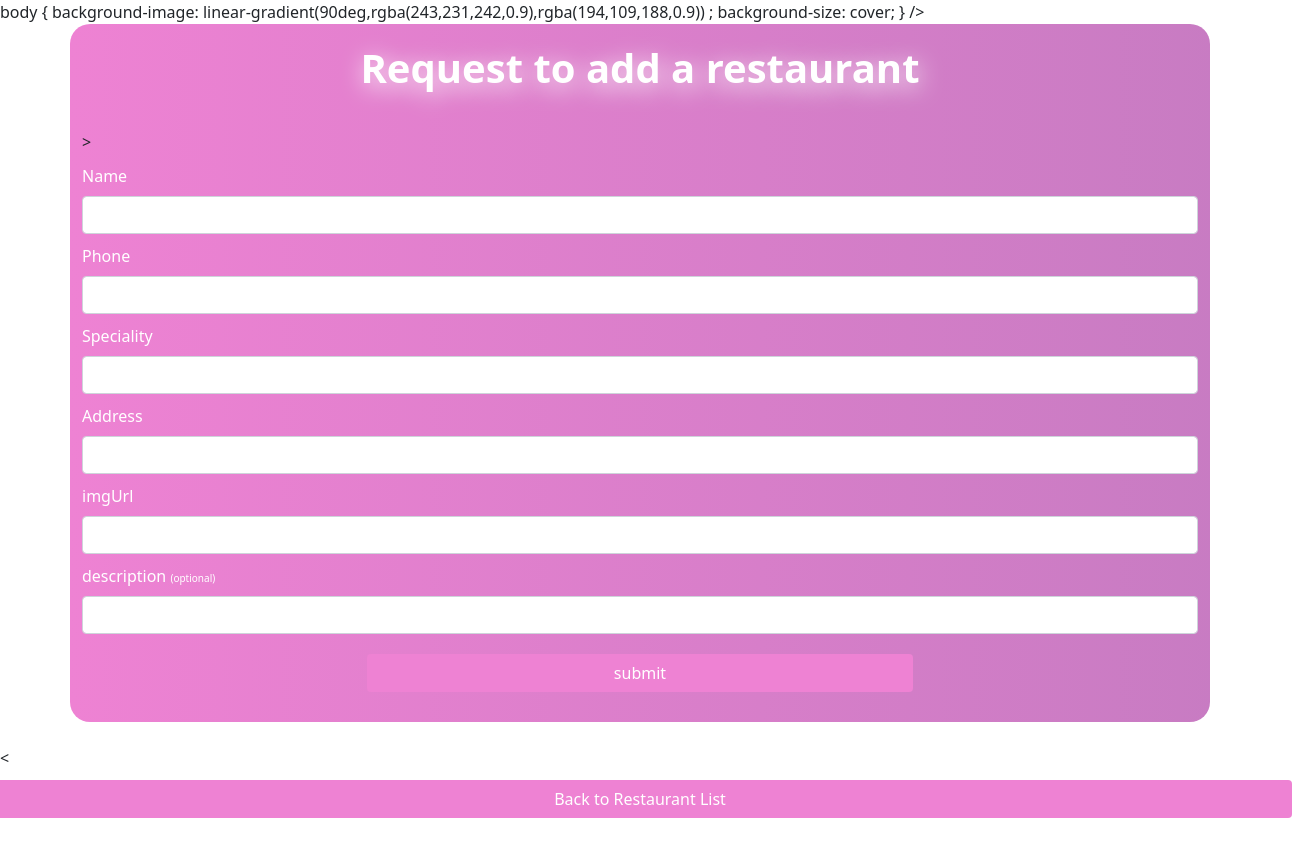
Repository: eyaajili/j2ee
Page: http://localhost/projet_j2ee/addRestaurant.jsp
The author's editor kept a copy of each file at every save. The page is drawn from the files as they stood at one save, then again after the next save.
The browser window is 1280 px wide. The page is 1292 px wide, so the pictures cover 1292 px, including what lies to the right of the window. The pictures show the whole page.
The page is served by Tomcat 9.

Above is the page before, as saved 2023-04-29 21:26:56.

After the next save:
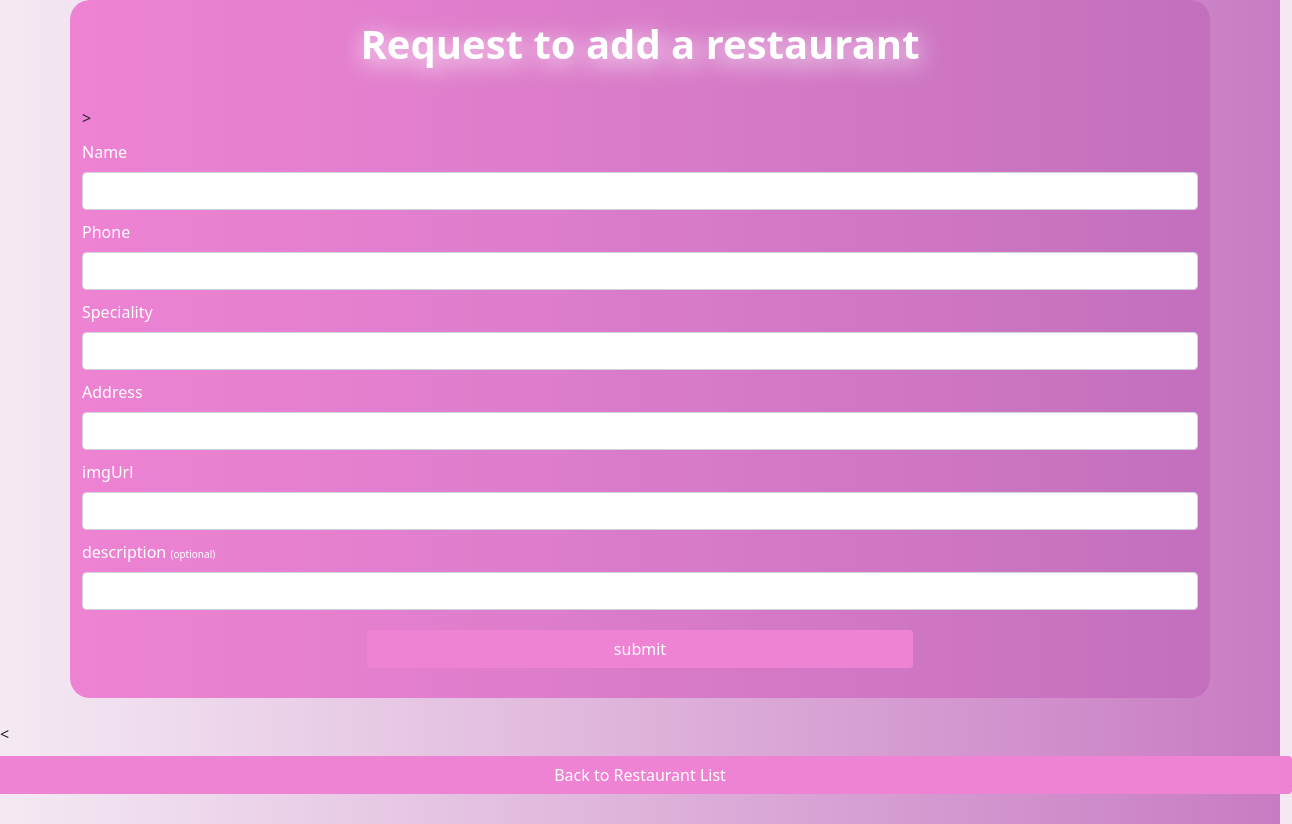
Saved 2 min 4 s later.
--- a/projet j2ee/src/main/webapp/addRestaurant.jsp
+++ b/projet j2ee/src/main/webapp/addRestaurant.jsp
@@ -12,7 +12,7 @@
     href="https://cdn.jsdelivr.net/npm/bootstrap@5.0.2/dist/css/bootstrap.min.css"
     rel="stylesheet"
     integrity="sha384-EVSTQN3/azprG1Anm3QDgpJLIm9Nao0Yz1ztcQTwFspd3yD65VohhpuuCOmLASjC"
-    crossorigin="anonymous"
+    crossorigin="anonymous"/>
      <style>
       body {
         background-image: linear-gradient(90deg,rgba(243,231,242,0.9),rgba(194,109,188,0.9)) ;
@@ -20,7 +20,7 @@
 
       }
       </style>
-  />
+
   <style>
     .title{
         color: white;
@@ -48,13 +48,7 @@
   </style>
 </head>
 <body>
-    <div class="container" style="
-    background-image: linear-gradient(
-      90deg,
-      #ee82d3,
-      rgba(194, 109, 188, 0.9)
-    );
-  ">
+    <div class="container" style="background-image: linear-gradient(90deg,#ee82d3,rgba(194, 109, 188, 0.9));">
     <div class="row">
       <h1 class="title">Request to add a restaurant</h1>
     </div>
